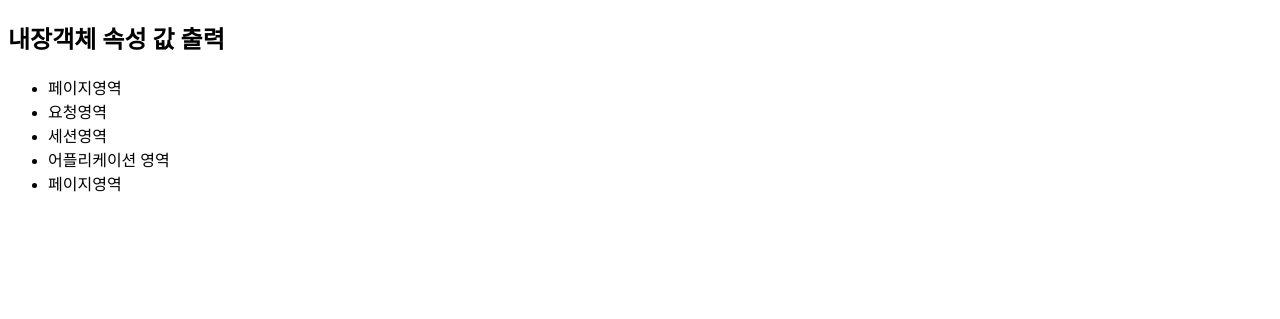
Repository: hyojinx/JspStudy
Page: http://localhost/jspstudy/10EL/ImpObjMain.jsp
These files come from the project's save history. The page is drawn as it stood at one moment and after the next save; the edit follows.
The browser window is 1280 px wide. The pictures show the whole page.
The page is served by Tomcat 9. Other server files are loaded and not shown.

Above is the page before, as saved 2023-04-07 06:58:22.

### jspstudy/src/main/webapp/10EL/ImpObjMain.jsp
<%@ page language="java" contentType="text/html; charset=UTF-8"
    pageEncoding="UTF-8"%>
<%
	pageContext.setAttribute("scopeVal", "페이지영역");
	request.setAttribute("scopeVal", "요청영역");
	session.setAttribute("scopeVal", "세션영역");
	application.setAttribute("scopeVal", "어플리케이션 영역");
%>
<!DOCTYPE html>
<html>
<head>
<meta charset="UTF-8">
<title>표현언어 EL 내장객체</title>
</head>
<body>
	<h2>내장객체 속성 값 출력</h2>
	<ul>
		<li>${pageScope.scopeVal}</li>
		<li>${requestScope.scopeVal}</li>
		<li>${sessionScope.scopeVal}</li>
		<li>${applicationScope.scopeVal}</li>
		<li>${scopeVal}</li>
	</ul>
</body>
</html>

After the next save:
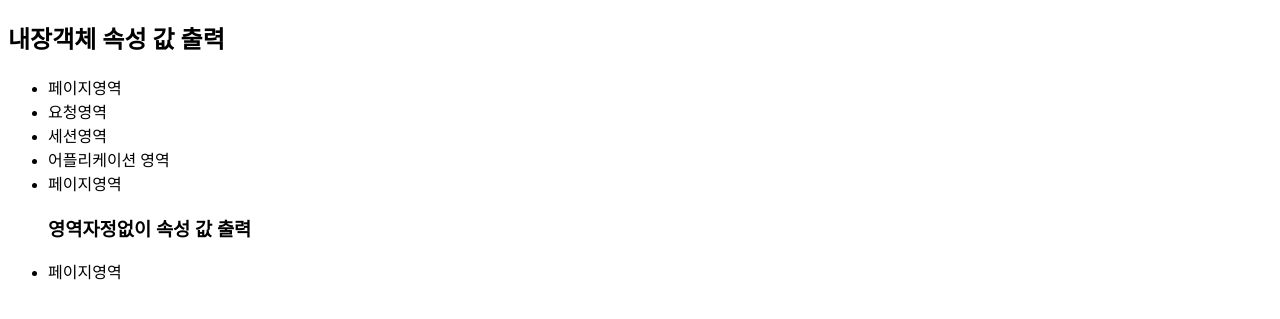
Saved 48 s later.
--- a/jspstudy/src/main/webapp/10EL/ImpObjMain.jsp
+++ b/jspstudy/src/main/webapp/10EL/ImpObjMain.jsp
@@ -20,6 +20,8 @@
 		<li>${sessionScope.scopeVal}</li>
 		<li>${applicationScope.scopeVal}</li>
 		<li>${scopeVal}</li>
+	<h3>영역자정없이 속성 값 출력</h3>
+		<li>${scopeVal}</li>
 	</ul>
 </body>
 </html>
